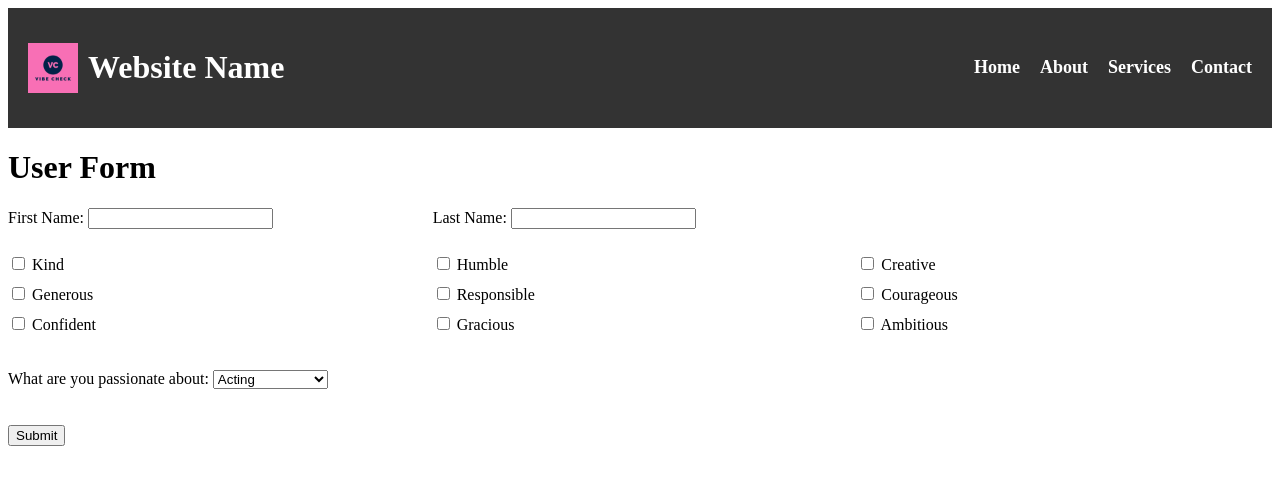
Repository: Chadloswald/Dis-Service
Page: docs/index.html
The author's editor kept a copy of each file at every save. The page is drawn from the files as they stood at one save, then again after the next save.
The browser window is 1280 px wide. The pictures show the whole page.

Above is the page before, as saved 2023-05-02 10:13:08.

After the next save:
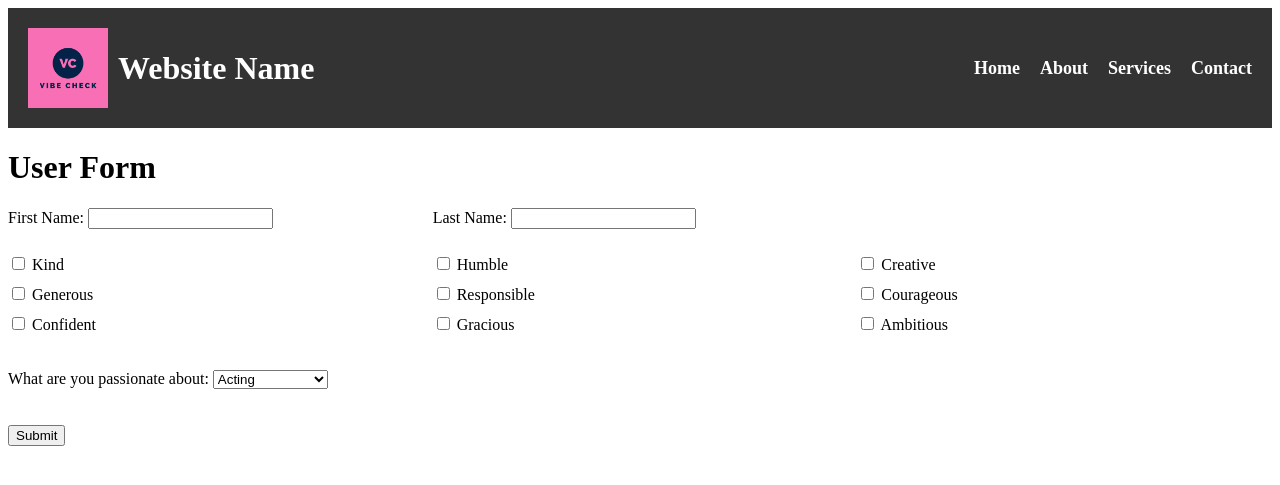
Saved 24 s later.
--- a/docs/styles.css
+++ b/docs/styles.css
@@ -27,7 +27,7 @@ label {
   }
 
   .logo img {
-	height: 50px;
+	height: 80px;
 	margin-right: 10px;
   }
 
